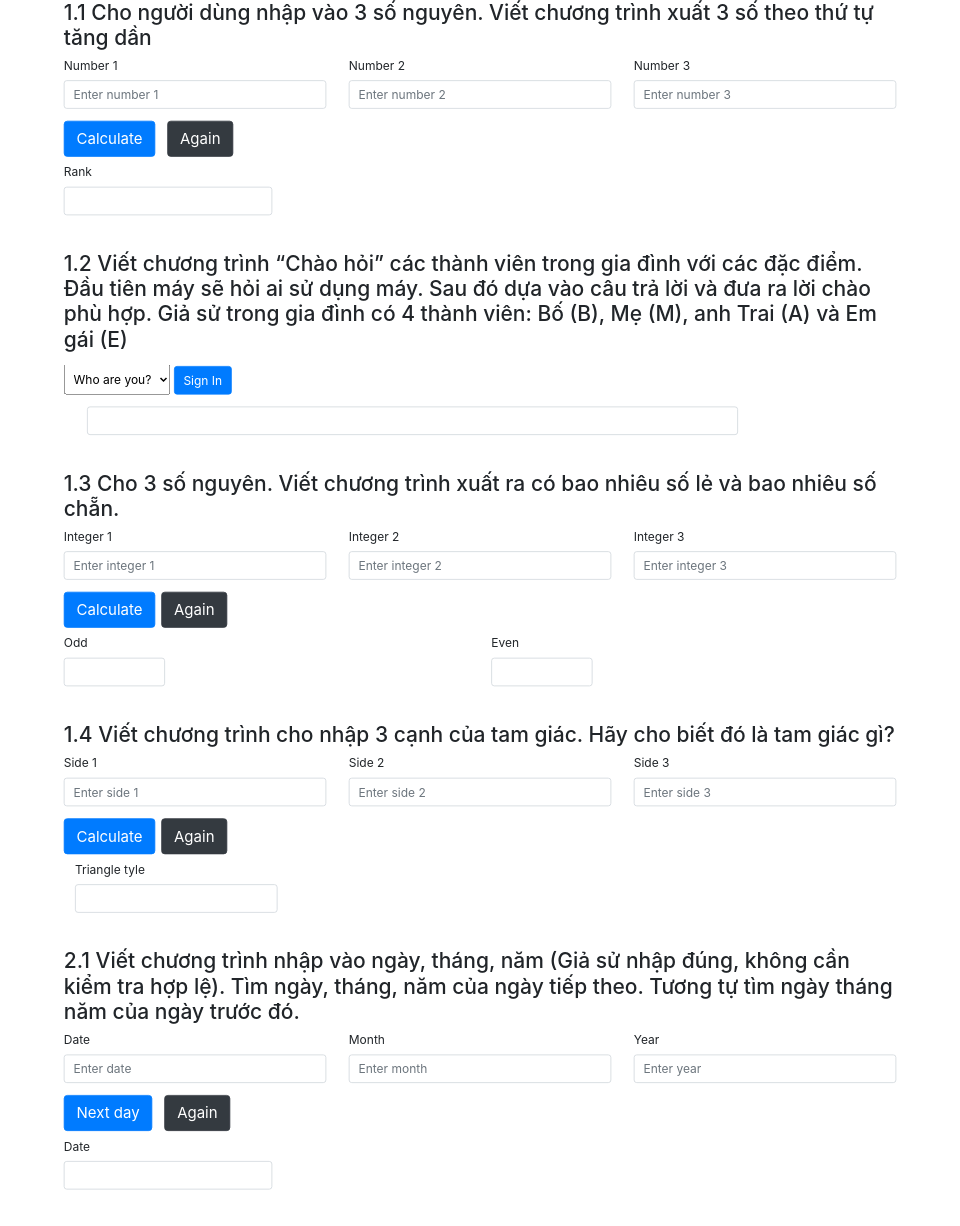
Repository: baobaodeveloper/bootscamp21__jsbasic__HuynhAnhBao
Page: index.html
These files come from the project's save history. The page is drawn as it stood at one moment and after the next save; the edit follows.
The browser window is 1280 px wide. The pictures show the whole page, at 75% of full size.

Above is the page before, as saved 2022-03-10 22:18:52.

After the next save:
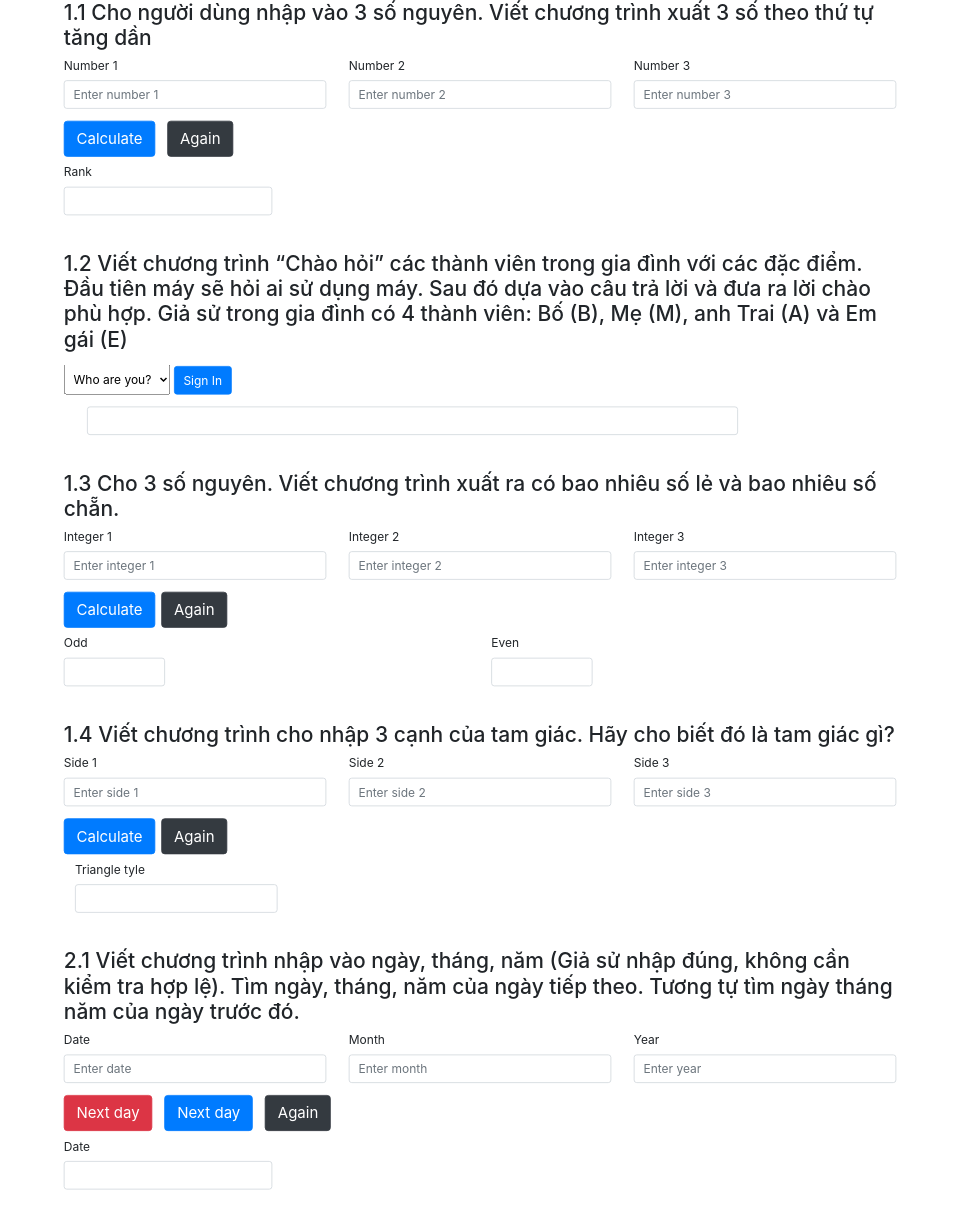
Saved 24 min 7 s later.
--- a/index.html
+++ b/index.html
@@ -264,6 +264,12 @@
       </div>
 
       <div class="d-flex">
+        <button
+          type="button "
+          class="btn btn-danger btn-lg mt-3 mb-2 btn-date mr-3"
+        >
+          Next day
+        </button>
         <button
           type="button "
           class="btn btn-primary btn-lg mt-3 mb-2 btn-date mr-3"
